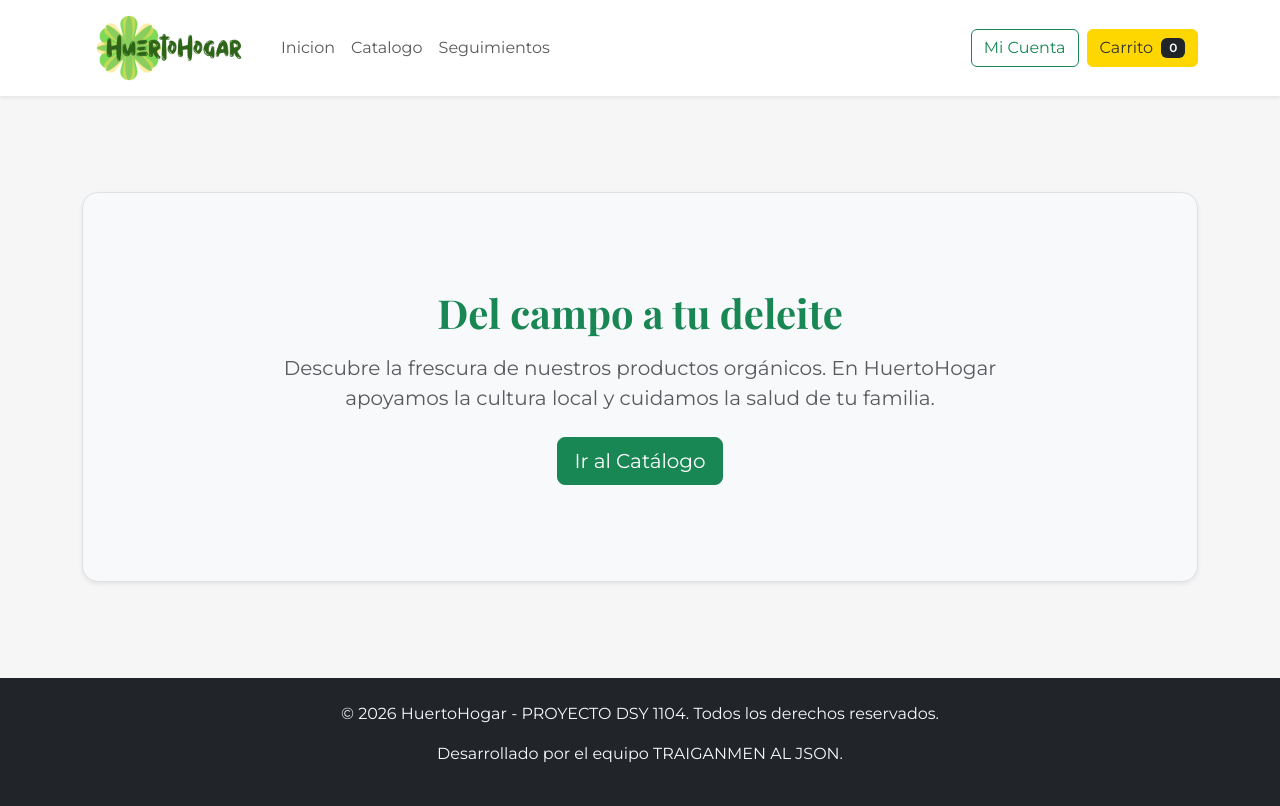
Repository: RottZen/Ev_1_Huerto_Hogar
Page: 1_inicio/index.html
These files come from the project's save history. The page is drawn as it stood at one moment and after the next save; the edit follows.
The browser window is 1280 px wide. The pictures show the whole page.

Above is the page before, as saved 2026-09-08 16:28:40.

### 1_inicio/index.html
<!DOCTYPE html>
<html lang="es">
<head>
    <meta charset="UTF-8">
    <meta name="viewport" content="width=device-width, initial-scale=1.0">
    <title>Plantilla Base - HuertoHogar</title>
    <link href="https://cdn.jsdelivr.net/npm/bootstrap@5.3.2/dist/css/bootstrap.min.css" rel="stylesheet">
    <link href="https://fonts.googleapis.com/css2?family=Montserrat:wght@400;600&family=Playfair+Display:wght@600;700&display=swap" rel="stylesheet">
    <link rel="stylesheet" href="../7_comunes/global.css">
    <link rel="stylesheet" href="index.css">

</head>
<body class="d-flex flex-column min-vh-100">
    <!-- menu de navegacion -->
    <header>
        <nav class="navbar navbar-expand-lg nav-light bg-white shadow-sm">
            <div class="container">
                <a class="navbar-brand" href="../1_inicio/index.HTML">
                    <img src="../assets/img/logo.png" alt="Logo HuertoHogar" class="logo-header d-inline-block align-text-center">
                </a>
                <button class="navbar-toggler" type="button" data-bs-toggle="collapse" data-bs-target="#menuNavegacion">
                    <span class="navbar-toggler-icon"></span>
                </button>

                <div class="collapse navbar-collapse" id="menuNavegacion">
                    <ul class="navbar-nav me-auto mb-2 mb-lg-0">
                        <li class="nav-item"><a class="nav-link" href="../1_inicio/index.html">Inicion</a></li>
                        <li class="nav-item"><a class="nav-link" href="../2_catalogo/catalogo.html">Catalogo</a></li>
                        <li class="nav-item"><a class="nav-link" href="../6_seguimiento/rastreo.html">Seguimientos</a></li>
                    </ul>
                    <div class="d-flex gap-2">
                        <a href="../4_autenticacion/registro.html" class="btn btn-outline-success">Mi Cuenta</a>
                        <!-- boton del carrito de compras con contador dinamico js KU -->
                        <a href="../3_carrito/carrito.html" class="btn btn-warning">
                            Carrito <span class="badge bg-dark ms-1" id="contador-carrito">0</span>
                        </a>
                    </div>
                </div>
            </div>
        </nav>
    </header>

    <!-- MAIN CONTENEDOR DINAMICO -->
    <main class="container my-5 flex-grow-1">
        <section class="conyainer my-5 flex-grow-1">
            <section class="py-5 text-center container bg-light rounded-4 shadow-sm mb-5 border">
                <div class="row py-lg-5">
                    <div class="col-lg-8 col-md-8 mx-auto">
                        <h1 class="fw-bold text-success mb-3" style="font-family: 'Playfair Display' serif;">Del campo a tu deleite</h1>
                        <p class="lead text-muted mb-4">Descubre la frescura de nuestros productos orgánicos. En HuertoHogar apoyamos la cultura local y cuidamos la salud de tu familia.</p>
                        <a href="../2_catalogo/catalogo.html" class="btn btn-success btn-lg px4 gap-3">Ir al Catálogo</a>
                    </div>
                </div>
            </section>

        </section>




    </main>
    <footer class="bg-dark text-light py-4 mt-auto">
        <div class="container text-center">
            <p>&copy; 2026 HuertoHogar - PROYECTO DSY 1104. Todos los derechos reservados.</p>
            <p>Desarrollado por el equipo TRAIGANMEN AL JSON.</p>
        </div>
    </footer>
    <script src="https://cdn.jsdelivr.net/npm/bootstrap@5.3.2/dist/js/bootstrap.bundle.min.js"></script>
    <script src="../7_comunes/datos.js"></script>





</body>
</html>

### 7_comunes/global.css
/* tipografia */
@import url('https://fonts.googleapis.com/css2?family=Montserrat:wght@400;600&family=Playfair+Display:wght@600;700&display=swap');

/* variable colores of */
:root{
    --blanco-suave: #f6f6f6;
    --verde-esmeralda: #2e8b57;
    --amarillo-mostaza: #ffd700;
    --marron-claro: #8B4513;
    --gris-oscuro: #333333;
    --gris-medio: #666666;

}
.logo-header{
    height: 70px;
    width: auto;
    object-fit: contain;

}

/* configuracion base */
body{
    background-color: var(--blanco-suave);
    color : var(--gris-oscuro);
    font-family: 'Montserrat', sans-serif;
}

h1, h2, h3, h4{
    font-family: 'Playfair Display', serif;
    color: var(--marron-claro)
}


/* sobreescribir botones feos de bootstrap */

.btn-primary{
    background-color: var(--verde-esmeralda) !important;
    border-color: var(--verde-esmeralda) !important;
    color: white !important;
}
.btn-primary:hover{
    background-color: #246b43 !important; /*mas oscurito pa q se note la interaccion */
    border-color: #246b43 !important;
}
.btn-warning{
    background-color: var(--amarillo-mostaza) !important;
    border-color: var(--amarillo-mostaza) !important;
    color: var(--gris-oscuro) !important;
}

### 7_comunes/datos.js
const productos = [
    {
        "Codigo": "FR001",
        "nombre": "Manzanas fuji",
        "categoria": "frutas",
        "precio": 1200,
        "unidad": "kg",
        "imagen": "../img/manzanas-fuji.jpg",
        "descripcion": "Jugosas y ricas en vitamina C, ideales para zumos frescos y refrescantes.",
        "origen": "Chile",
        "stock": 200
    },
    {
        "Codigo": "FR002",
        "nombre": "Naranjas Valencia",
        "categoria": "frutas",
        "precio": 1000,
        "unidad": "kg",
        "imagen": "../img/naranjas-valencia.jpg",
        "descripcion": "Jugosas y ricas en vitamina C, ideales para zumos frescos y refrescantes.",
        "origen": "Chile",
        "stock": 200
    },
    {
        "Codigo": "FR003",
        "nombre": "Plátanos Cavendish",
        "categoria": "frutas",
        "precio": 800,
        "unidad": "kg",
        "imagen": "../img/platanos-cavendish.jpg",
        "descripcion": "Plátanos maduros y dulces, perfectos para el desayuno o como snack energético.",
        "origen": "Chile",
        "stock": 250
    },
    {
        "Codigo": "VR001",
        "nombre": "Zanahorias Orgánicas",
        "categoria": "verduras",
        "precio": 900,
        "unidad": "kg",
        "imagen": "../img/zanahorias-organicas.jpg",
        "descripcion": "Zanahorias crujientes cultivadas sin pesticidas. Excelente fuente de vitamina A y fibra.",
        "origen": "Región de O'Higgins",
        "stock": 100
    },
    {
        "Codigo": "VR002",
        "nombre": "Espinacas Frescas",
        "categoria": "verduras",
        "precio": 700,
        "unidad": "bolsa 500g",
        "imagen": "../img/espinacas-frescas.jpg",
        "descripcion": "Espinacas frescas y nutritivas, perfectas para ensaladas y batidos verdes.",
        "origen": "Chile",
        "stock": 80
    },
    {
        "Codigo": "VR003",
        "nombre": "Pimientos Tricolores",
        "categoria": "verduras",
        "precio": 1500,
        "unidad": "kg",
        "imagen": "../img/pimientos-tricolores.jpg",
        "descripcion": "Pimientos rojos, amarillos y verdes, ideales para salteados y platos coloridos.",
        "origen": "Chile",
        "stock": 120
    },
    {
        "Codigo": "PO001",
        "nombre": "Miel Orgánica",
        "categoria": "organicos",
        "precio": 5000,
        "unidad": "frasco 500g",
        "imagen": "../img/miel-organica.jpg",
        "descripcion": "Miel pura y orgánica producida por apicultores locales. Rica en antioxidantes y con un sabor inigualable.",
        "origen": "Región de La Araucanía",
        "stock": 50
    },
    {
        "Codigo": "PO003",
        "nombre": "Quinua Orgánica",
        "categoria": "organicos",
        "precio": 3200,
        "unidad": "bolsa 1kg",
        "imagen": "../img/quinua-organica.jpg",
        "descripcion": "Quinua orgánica, alta en proteínas y libre de gluten, ideal para una alimentación saludable.",
        "origen": "Chile",
        "stock": 35
    },
    {
        "Codigo": "PL001",
        "nombre": "Leche Entera",
        "categoria": "lacteos",
        "precio": 1100,
        "unidad": "litro",
        "imagen": "../img/leche-entera.jpg",
        "descripcion": "Leche entera proveniente de granjas locales, rica en calcio y nutrientes esenciales.",
        "origen": "Chile",
        "stock": 90
    }
];


function obtenerCarrito() {
    const carritoGuardado = localStorage.getItem("carritoHuertoHogar");
    return carritoGuardado ? JSON.parse(carritoGuardado) : [];
}

function guardarCarrito(carrito) {
    localStorage.setItem("carritoHuertoHogar",JSON.stringify(carrito));
    actualizarContadorCarrito()
}

function agregarAlCarrito(codProducto,cantidad = 1) {
    const producto = productos.find(p => p.Codigo == codProducto);
    if (!producto){
        console.error("Producto no encontrado");
        return;
    }
    const carrito = obtenerCarrito();
    const itemExistente = carrito.find(item => item.Codigo == codProducto);
    if (itemExistente) {
        itemExistente.cantidad += cantidad;
    } else {
        carrito.push({
            "Codigo" : producto.Codigo,
            "nombre" : producto.nombre,
            "precio" : producto.precio,
            "imagen" : producto.imagen,
            "cantidad" : cantidad
        });
    }
    guardarCarrito(carrito)
}

function eliminarDelCarrito(codProducto) {
    let carrito = obtenerCarrito();
    carrito = carrito.filter(item => item.Codigo !== codProducto);
    guardarCarrito(carrito);
    renderizarCarrito();
}

function actualizarCantidad(codProducto, nuevaCantidad) {
    const carrito = obtenerCarrito();
    const item = carrito.find(item => item.Codigo === codProducto);

    if (item && nuevaCantidad > 0) {
        item.cantidad = nuevaCantidad;
        guardarCarrito(carrito);
        renderizarCarrito();
    }
}

function calcularTotalCarrito() {
    const carrito = obtenerCarrito();
    return carrito.reduce((total, item) => total + (item.precio * item.cantidad), 0);
}

function actualizarContadorCarrito() {
    const contador = document.querySelector("#contador-carrito");
    if (!contador) {
        return;
    }
    const carrito = obtenerCarrito();
    const productostotales = carrito.reduce((total, item) => total + item.cantidad, 0);
    contador.textContent = productostotales;
}

function renderizarProductos(listaProductos = productos) {
    const contenedor = document.querySelector(".grid-productos");
    if (!contenedor) return;

    contenedor.innerHTML = "";

    listaProductos.forEach(producto => {
        const tarjeta = document.createElement("article");
        tarjeta.classList.add("tarjeta-producto");
        tarjeta.innerHTML = `
            <img src="${producto.imagen}" alt="${producto.nombre}">
            <h3>${producto.nombre}</h3>
            <p class="origen">${producto.origen}</p>
            <p class="precio">$${producto.precio.toLocaleString("es-CL")} / ${producto.unidad}</p>
            <button class="btn" onclick="agregarAlCarrito('${producto.Codigo}')">Agregar al carrito</button>
        `;
        contenedor.appendChild(tarjeta);
    });
}

function filtrarPorCategoria(categoria) {
    if (categoria === "todos") {
        renderizarProductos(productos);
    } else {
        const filtrados = productos.filter(p => p.categoria === categoria);
        renderizarProductos(filtrados);
    }
}

// Dibuja el contenido del carrito en carrito.html
function renderizarCarrito() {
    const contenedor = document.querySelector("#tabla-carrito");
    if (!contenedor) return;

    const carrito = obtenerCarrito();
    contenedor.innerHTML = "";

    if (carrito.length === 0) {
        contenedor.innerHTML = '<tr><td colspan="5" class="text-center py-4 text-muted">El carrito está vacío</td></tr>';
    } else {
        carrito.forEach(item => {
            const fila = document.createElement("tr");
            fila.classList.add("item-carrito");
            fila.innerHTML = `
                <td class="d-flex align-items-center">
                    <img src="${item.imagen}" alt="${item.nombre}" style="width : 50px; height: 50px; object-fit: cover;" class= "rounded me-2">
                    <span>${item.nombre}</span>
                </td>
                <td>$${item.precio.toLocaleString("es-CL")}</td>
                <td>
                    <input type="number" class="form-control form-control-sm" style="width: 70px;" min="1" value="${item.cantidad}"
                        onchange="actualizarCantidad('${item.Codigo}', parseInt(this.value))">

                </td>
                <td>
                    <span class="fw-bold text-success ms-2">
                    $${(item.precio * item.cantidad).toLocaleString("es-CL")}</span>
                </td>
                <td>
                    <button class="btn btn-danger btn-sm" onclick="eliminarDelCarrito('${item.Codigo}')">Eliminar</button>
                </td>
                `;
                contenedor.appendChild(fila);
            });
        }

    const totalElemento = document.querySelector("#total-carrito");
    const subtotalElemento = document.querySelector("#subtotal-carrito");

    if (totalElemento && subtotalElemento) {
        const totalCalculado = calcularTotalCarrito().toLocaleString("es-CL");
        subtotalElemento.textContent = `Subtotal: $${totalCalculado} CLP`;
        totalElemento.textContent = `Total: $${calcularTotalCarrito().toLocaleString("es-CL")}`;
    }
}

document.addEventListener("DOMContentLoaded", () => {
    actualizarContadorCarrito();
    renderizarProductos();
    renderizarCarrito();
})

Loaded but not shown: 1_inicio/index.css (no stored copy; drawn as an empty file)

After the next save:
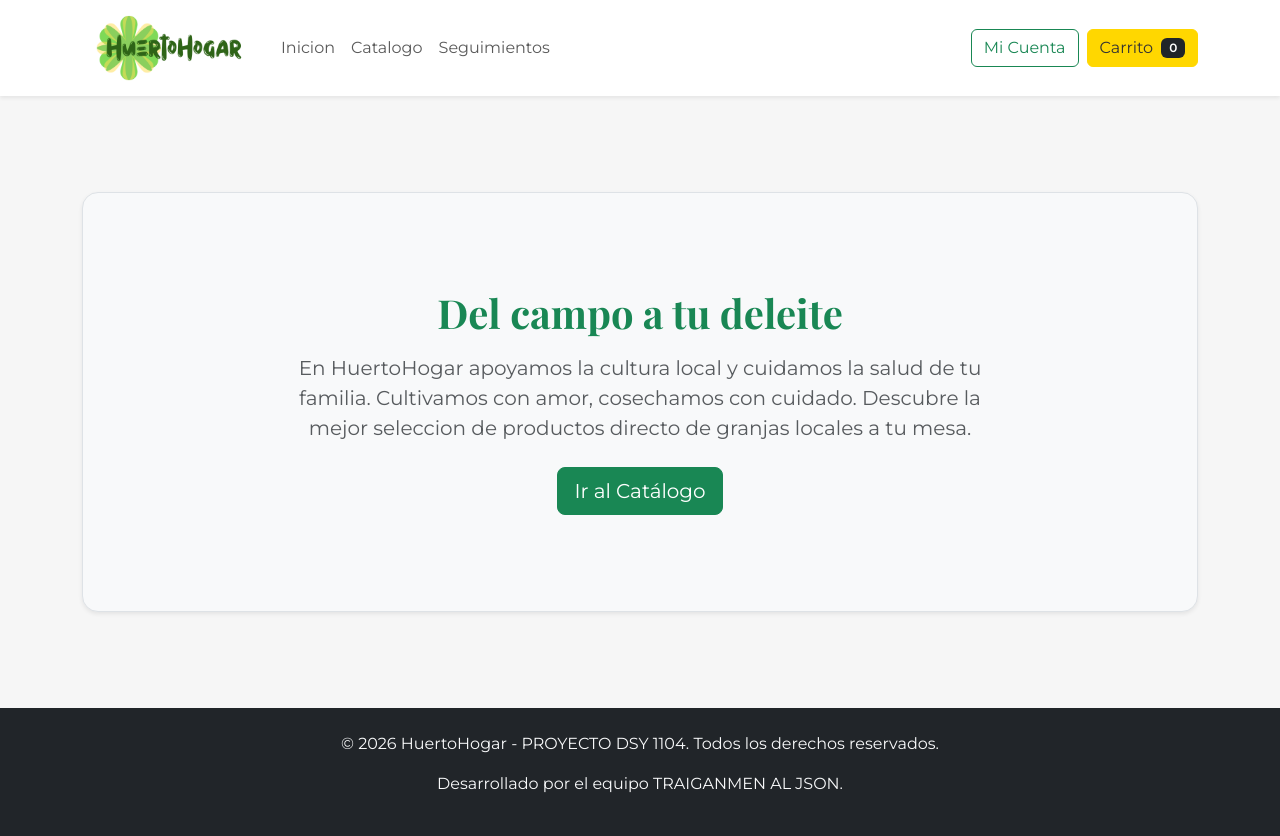
Saved 113 s later.
--- a/1_inicio/index.html
+++ b/1_inicio/index.html
@@ -47,7 +47,7 @@
                 <div class="row py-lg-5">
                     <div class="col-lg-8 col-md-8 mx-auto">
                         <h1 class="fw-bold text-success mb-3" style="font-family: 'Playfair Display' serif;">Del campo a tu deleite</h1>
-                        <p class="lead text-muted mb-4">Descubre la frescura de nuestros productos orgánicos. En HuertoHogar apoyamos la cultura local y cuidamos la salud de tu familia.</p>
+                        <p class="lead text-muted mb-4">En HuertoHogar apoyamos la cultura local y cuidamos la salud de tu familia. Cultivamos con amor, cosechamos con cuidado. Descubre la mejor seleccion de productos directo de granjas locales a tu mesa.</p>
                         <a href="../2_catalogo/catalogo.html" class="btn btn-success btn-lg px4 gap-3">Ir al Catálogo</a>
                     </div>
                 </div>
